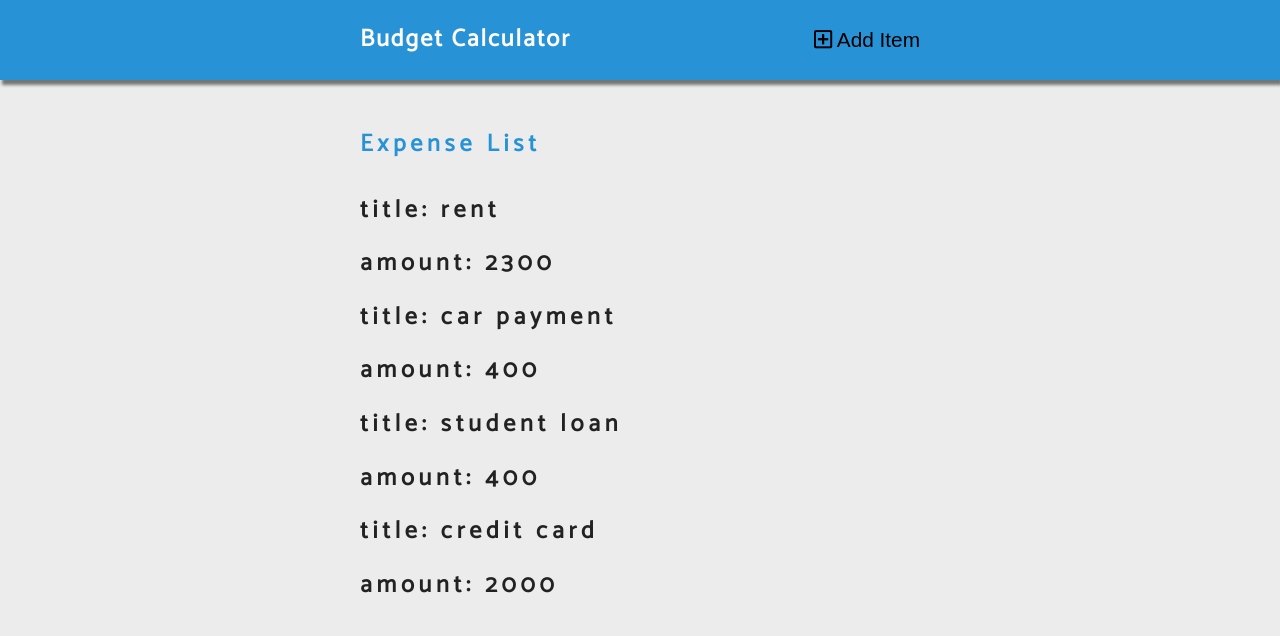
Repository: webdril/budget
Page: /
The author's editor kept a copy of each file at every save. The page is drawn from the files as they stood at one save, then again after the next save.
The browser window is 1280 px wide. The pictures show the whole page.
The project was rebuilt for these pictures with package versions that can differ from the ones it lists, and the page was loaded fresh each time.

Above is the page before, as saved 2020-03-02 19:27:11.

### public/index.html
<!DOCTYPE html>
<html lang="en">
<head>
	<meta charset='utf-8'>
	<meta name='viewport' content='width=device-width,initial-scale=1'>

	<title>Budget Calculator</title>

	<link rel='icon' type='image/png' href='/favicon.png'>
	<link rel='stylesheet' href='/global.css'>
	<link rel='stylesheet' href='/build/bundle.css'>
	<!-- Font Awesome -->
	<link rel="stylesheet" href="fontawesome-free-5.11.2-web/css/all.min.css">

	<script defer src='/build/bundle.js'></script>
</head>

<body>
</body>
</html>

### src/App.svelte
<script>
// components
import Navbar from './Navbar.svelte'
import ExpensesList from './ExpensesList.svelte'

// Data
import expensesData from './expenses';

// variables
let expenses = [...expensesData];
</script>

<!-- CSS/STYLING -->

<Navbar />
<main class="content">
	<ExpensesList {expenses}/>
</main>

### src/Navbar.svelte
<nav class="nav">
	<div class="nav-center">
		<h1 class="nav-title">Budget Calculator</h1>
		<button type="button" class="nav-btn">
			<i class="far fa-plus-square" />
			Add Item
		</button>
	</div>
</nav>

### src/ExpensesList.svelte
<script>
import SectionTitle from './Title.svelte';
import Expense from './Expense.svelte';
export let expenses = [];
</script>

<style>
    h2 {
        text-transform: capitalize;
    }
</style>

<section>
    <SectionTitle title= 'expense list' />
    <ul>
        {#each expenses as expense, index}
            <!-- <Expense {expense}/> -->
            <!-- Anothr way below -->
            <Expense {...expense}/>
            {:else}
                <h2>Currently you have no expenses</h2>
        {/each}
    </ul>
</section>

### src/Title.svelte
<script>
export let title = "default title";

</script>


<div class="main-title">
 <h2>{title}</h2>
</div>

### src/Expense.svelte
<script>
// export let expense
// let {name, amount} = expense
// Another method below
export let id;
export let name = "";
export let amount =0;

</script>
<div>

<!-- <h1>title: {expense.name}</h1>
<h2>amount: {expense.amount}</h2> -->
<h2>title: {name}</h2>
<h2>amount: {amount}</h2>
</div>

### public/global.css
/*
======
Fonts
======
*/
@import url("https://fonts.googleapis.com/css?family=Catamaran:300,400&display=swap");
/*
======
Variables
======
*/
:root {
  --primaryColor: #2892d7;
  --mainWhite: #fff;
  --offWhite: #f7f7f7;
  --mainBlack: #222;
  --mainGrey: #ececec;
  --darkGrey: #afafaf;
  --mainTransition: all 0.3s linear;
  --mainSpacing: 0.3rem;
  --lightShadow: 2px 5px 3px 0px rgba(0, 0, 0, 0.5);
  --darkShadow: 4px 10px 5px 0px rgba(0, 0, 0, 0.5);
  --mainBorderRadius: 0.25rem;
}
/*
======
Global Styles
======
*/
* {
  margin: 0;
  padding: 0;
  box-sizing: border-box;
}

body {
  font-family: "Catamaran", sans-serif;
  color: var(--mainBlack);
  background: var(--mainGrey);
  line-height: 1.4;
  font-size: 1rem;
  font-weight: 300;
}
h1,
h2,
h3,
h4,
h5,
h6 {
  font-family: "Catamaran", sans-serif;
  margin-bottom: 1.25rem;
  letter-spacing: var(--mainSpacing);
}
p {
  margin-bottom: 1.25rem;
}
ul {
  list-style-type: none;
}
a {
  text-decoration: none;
  color: var(--mainBlack);
}
/*
======
Buttons
======
*/
.btn,
.btn-white,
.btn-primary {
  text-transform: uppercase;
  letter-spacing: var(--mainSpacing);
  color: var(--primaryColor);
  border: 2px solid var(--primaryColor);
  padding: 0.45rem 0.8rem;
  display: inline-block;
  transition: var(--mainTransition);
  cursor: pointer;
  font-size: 0.8rem;
  border-radius: var(--mainBorderRadius);
  background: transparent;
}
.btn:hover {
  background: var(--primaryColor);
  color: var(--mainWhite);
}
.btn-white {
  background: transparent;
  color: var(--primaryColor);
  border-color: var(--primaryColor);
}
.btn-white:hover {
  background: var(--mainWhite);
  color: var(--primaryColor);
}
.btn-primary {
  background: var(--primaryColor);
  color: var(--mainWhite);
  border-color: var(--primaryColor);
}
.btn-primary:hover {
  background: transparent;
  color: var(--primaryColor);
}
.btn-block {
  width: 100%;
  display: block;
  margin: 0 auto;
  box-shadow: var(--lightShadow);
}
.disabled {
  color: var(--darkGrey);
  border-color: var(--darkGrey);
}
.disabled:hover {
  background: transparent;
  color: var(--darkGrey);
  border-color: var(--darkGrey);
}
/*
======
Navbar
======
*/
.nav {
  background: var(--primaryColor);
  height: 5rem;
  display: flex;
  align-items: center;
  box-shadow: var(--lightShadow);
}

.nav-center {
  width: 85%;
  max-width: 35rem;
  margin: 0 auto;
  display: flex;
  justify-content: space-between;
}
.nav-title {
  text-transform: capitalize;
  color: var(--mainWhite);
  margin-bottom: 0;
  letter-spacing: 2px;
}
.nav-btn {
  background: transparent;
  font-size: 1.3rem;
  border: none;
  cursor: pointer;
  text-transform: capitalize;
  transition: var(--mainTransition);
}
.nav-btn:hover {
  color: var(--darkGrey);
}
/*
======
Content
======
*/
.content {
  padding: 3rem 0;
  width: 85vw;
  max-width: 35rem;
  margin: 0 auto;
}

/*
======
Main Title
======
*/
.main-title {
  text-transform: capitalize;
  color: var(--primaryColor);
  margin-bottom: 2rem;
}
/*
======
Single Expense
======
*/
.single-expense {
  display: flex;
  justify-content: space-between;
  text-transform: capitalize;
  align-items: center;
  margin-bottom: 2rem;
  padding: 1.3rem 1rem;
  border-radius: var(--mainBorderRadius);
  background: var(--mainWhite);
  box-shadow: var(--lightShadow);
}
.single-expense h2 {
  margin-bottom: 0;
  font-weight: 300;
}
.single-expense h4 {
  margin-bottom: 0;
  margin-top: 1rem;
  font-weight: 300;
  color: var(--primaryColor);
}

.expense-btn {
  font-size: 1rem;
  background: transparent;
  border: none;
  margin: 0 0.4rem;
  transition: var(--mainTransition);
  cursor: pointer;
}
.expense-btn:hover {
  transform: scale(1.2);
}
.amount-btn {
  font-size: 1.3rem;
  background: transparent;
  border: none;
  cursor: pointer;
  color: var(--primaryColor);
}
.delete-btn {
  color: red;
}
.edit-btn {
  color: green;
}
/*
======
Expense Form
======
*/

.expense-form {
  background: var(--mainWhite);
  padding: 1.25rem 1rem;
  text-transform: capitalize;
  border-radius: var(--mainBorderRadius);
  box-shadow: var(--lightShadow);
}

.form-control label {
  display: block;
}
.form-control input {
  width: 100%;
  border: none;
  border-bottom: 2px solid var(--darkGrey);
  margin-bottom: 1.25rem;
  padding: 0.5rem;
  font-size: 1.2rem;
}
.form-empty {
  text-align: center;
  color: red;
}
.form {
  position: relative;
  margin-bottom: 5rem;
}
.close-btn {
  position: absolute;
  top: 0;
  right: 0;
  font-size: 1.2rem;
  text-transform: capitalize;
  display: flex;
  align-items: center;
  width: 4.2rem;
  justify-content: space-between;
  background: transparent;
  border: none;
  color: red;
  cursor: pointer;
}
/*
======
Modal
======
*/
.modal-container {
  position: fixed;
  top: 0;
  left: 0;
  right: 0;
  bottom: 0;
  background: rgba(0, 0, 0, 0.7);
  z-index: 2;
}
.modal-content {
  background: var(--mainWhite);
  width: 85vw;
  max-width: 35rem;
  margin: 0 auto;
  margin-top: 5rem;
  padding: 3rem;
  border-radius: var(--mainBorderRadius);
  position: relative;
}
.modal-content .expense-form {
  box-shadow: none;
}
.modal-container .form {
  margin-bottom: 0;
}
.modal-container .expense-form {
  padding: 1.25rem 0;
}
.modal-container .form {
  position: static;
}
.modal-container .close-btn {
  top: 2%;
  right: 3%;
}
/*
======
Github Users
======
*/

.user {
  margin: 2rem 0;
  box-shadow: var(--lightShadow);
  display: grid;
  grid-template-columns: auto 1fr;
  border-radius: var(--mainBorderRadius);
  grid-column-gap: 2rem;
  background: var(--mainWhite);
}
.user img {
  width: 6rem;
  border-top-left-radius: var(--mainBorderRadius);
  border-bottom-left-radius: var(--mainBorderRadius);
}
.user-info {
  padding-top: 0.75rem;
}
.user-info h3 {
  margin-bottom: 0.75rem;
}

Loaded but not shown: src/main.js (common file); src/expenses.js (common file); public/fontawesome-free-5.11.2-web/css/all.min.css (library)

After the next save:
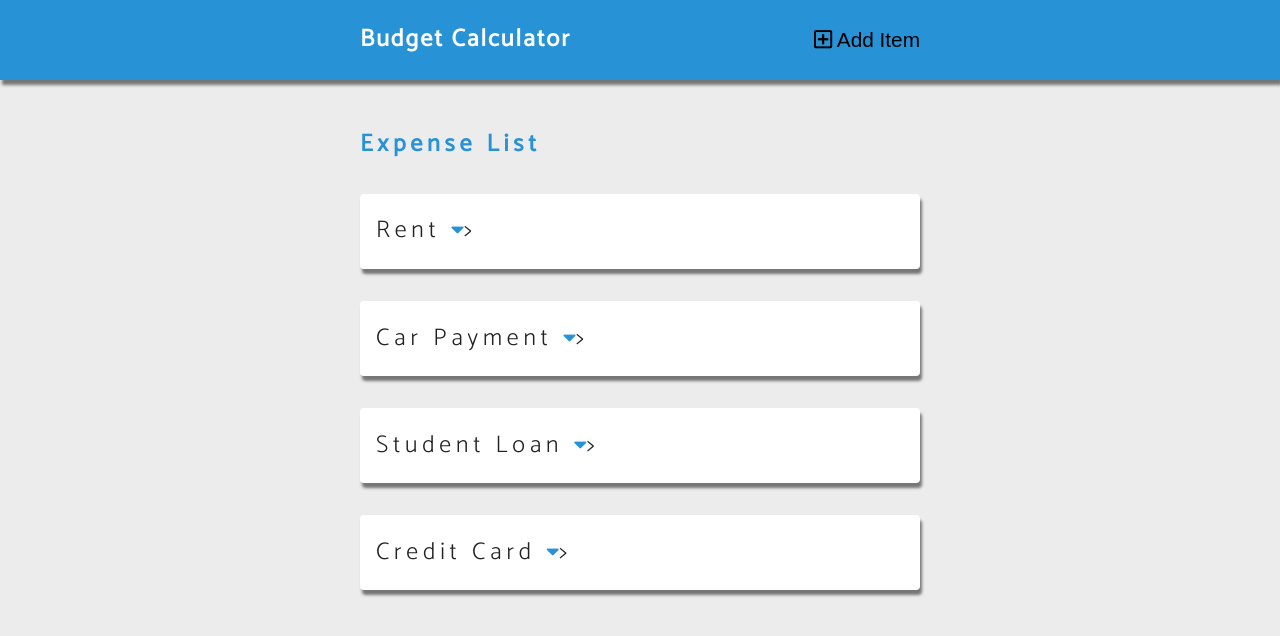
Saved 13 min 0 s later.
--- a/src/Expense.svelte
+++ b/src/Expense.svelte
@@ -7,10 +7,12 @@ export let name = "";
 export let amount =0;
 
 </script>
-<div>
 
-<!-- <h1>title: {expense.name}</h1>
-<h2>amount: {expense.amount}</h2> -->
-<h2>title: {name}</h2>
-<h2>amount: {amount}</h2>
-</div>
+<article class="single-expense">
+    <div class="expense-infor">
+        <h2>{name} <button class="amount-btn">
+            <i class="fas fa-caret-down" />
+        </button>></h2>
+    </div>
+    <div class="expense-button"></div>
+</article>
